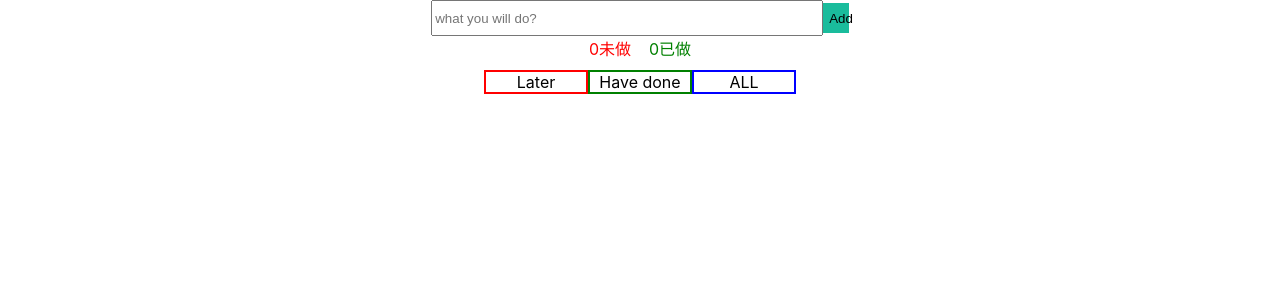
Repository: yurensmile/todolist
Page: /
An editor plug-in stored every save of this project. The page is shown before and after the next save, followed by the edit.
The browser window is 1280 px wide. The pictures show the whole page.
The project was rebuilt for these pictures with package versions that can differ from the ones it lists, and the page was loaded fresh each time. Also part of the build but not shown: src/All.js, src/HaveDone.js.

Above is the page before, as saved 2019-03-20 17:04:15.

### src/App.js
import React, { Component } from 'react';
import Todos from './Todos'
import './App.css';

class App extends Component {

  constructor() {
    super();
    this.state={
      inputValue: '',
      laters: [],
      havedones: [],
      checked: false,
      id: 1
    };
    this.updateHavedone = this.updateHavedone.bind(this);
    this.updateLaters = this.updateLaters.bind(this);
  }

  handleOnClick() {
    this.setState(state =>{
      const laters = state.laters.concat(state.inputValue);

      return {
        laters,
        inputValue: ""
      }
    })
    console.log(this.state.all);
  }
  updateInputValue(e) {
    this.setState({
      inputValue: e.target.value
    })
  }

// 点击了三栏内容
  contentOnclick(e) {
    let choice = e.target.innerHTML;
    this.setState((preState)=>{
      switch(choice){
        case "Later": return {id: 1};
        case "Have done": return {id: 2};
        case "ALL": return {id: 3};
        default: return {id:1};
      }
    })
  }

 // 如果todo中的某个被点击，则在todo中删除，并添加到havedone中
  updateHavedone(index, item){
    this.setState(state => {
      let n = state.laters.indexOf(item);
      let tem = state.laters.slice();
      tem.splice(n, 1);
      let havedones = state.havedones.concat(item);
      return ({
        havedones,
        laters: tem
      })
    })
  }

// 如果havedone中的某个被点击，则在havedone中删除，并添加到later中
  updateLaters(index, item){
    console.log("this is updatelaters");
    this.setState(state => {
      let n = state.havedones.indexOf(item);
      let tem = state.havedones.slice();
      tem.splice(n, 1);
      let laters = state.laters.concat(item);
      return({
        laters,
        havedones: tem
      })
    })
  }

  render() {
    return (
      <div className="App">
        <input type="text" placeholder="what you will do?" name="todo" value={this.state.inputValue} onChange={this.updateInputValue.bind(this)}/>
        <button onClick={this.handleOnClick.bind(this)}>Add</button><br/>
        <span style={{color: "red"}}>{this.state.laters.length}未做&nbsp;&nbsp;&nbsp;&nbsp;</span>
        <span style={{color: "green"}}>{this.state.havedones.length}已做</span>
        <div id="content" onClick={this.contentOnclick.bind(this)}>
          <div className="choice later">Later</div>
          <div className="choice havedone" >Have done</div>
          <div className="choice all">ALL</div>
        </div>
        {/* 列表内容 */}
        <Todos
          id={this.state.id}
          laters={this.state.laters}
          havedones={this.state.havedones}
          all={this.state.all}
          updateHavedones={this.updateHavedone}
          updateLaters={this.updateLaters}
        />
      </div>
    );
  }
}

export default App;

### src/Todos.js
import React, { Component } from 'react';
import All from './All'
import HaveDone from './HaveDone'
import Later from './Later'

class Todos extends Component{

  render(){
    return(
      <div>
        {
          (()=>{
            switch(this.props.id){
              case 1: return <Later laters={this.props.laters}
                                  updateHavedones={this.props.updateHavedones}
                                  />;
              case 2: return <HaveDone havedones={this.props.havedones}
                                  updateLaters={this.props.updateLaters}
                                  />;
              case 3: return <All laters={this.props.laters} havedones={this.props.havedones}/>
              default: console.log("sofunny");
            }

          })()}
      </div>
    )
  }
}
export default Todos;

### src/App.css
.App {
  text-align: center;
}

input[type="checkbox"]{
  visibility: hidden;
}

ul{
  list-style-type: none;
}
li{
  display: inline-block;
  width: 100px;
  height: 40px;
  line-height: 30px;
  height: 30px;
  margin-bottom: 4px;
}
.choice{
  margin-top: 10px;
  display: inline-block;
  width: 100px;
  text-align: center;
  border:2px solid rgb(197, 193, 193);
}
.later{
  border-color: red;
}
.havedone{
  border-color: green;
}
.all{
  border-color: blue;
}

.toggle{
  display: inline-block;
}
.App-link {
  color: #61dafb;
}
input[type="text" ]{
  width: 30%;
  height: 30px;
  border:
}

button{
  background-color: rgba(26, 188, 156,1.0);
  border: 0px;
  width: 2%;
  height: 30px;
}

### src/Later.js
import React, { Component } from 'react';

class Later extends Component{
  constructor(props){
    super(props);
    this.state = {
      checked: false,
    };
  }

  // 点击了todo 列表的内容
  handleTodoOnclick(checked, index, item, e){
    // if e.target is not text
        // let box = e.target.previousSibling;
        this.setState((preState)=>{
          return {checked: !preState.checked}
        });
        if(checked){
          // thing to later
          // box.checked = false;
        }else{
          // thing to have done
          // box.checked = true;
  //如果later中的某个被点击，则在later中删除，并添加到havedone中
          this.props.updateHavedones(index, item);
        }
      }
  render(){
    return (
      <ul>
        {this.props.laters.map((item, index)=>{
          return (
            <div onClick={
              this.handleTodoOnclick.bind(this, this.state.checked, index, item)
              }>
              <input className="toggle" type="checkbox"/>
              <li style={{color: "red"}} key={index}>{item}</li>
            </div>
          )
        })}
      </ul>
    )
  }
}

export default Later;

Loaded but not shown: public/index.html (common file); src/index.js (common file); src/index.css (common file); src/serviceWorker.js (common file)

After the next save:
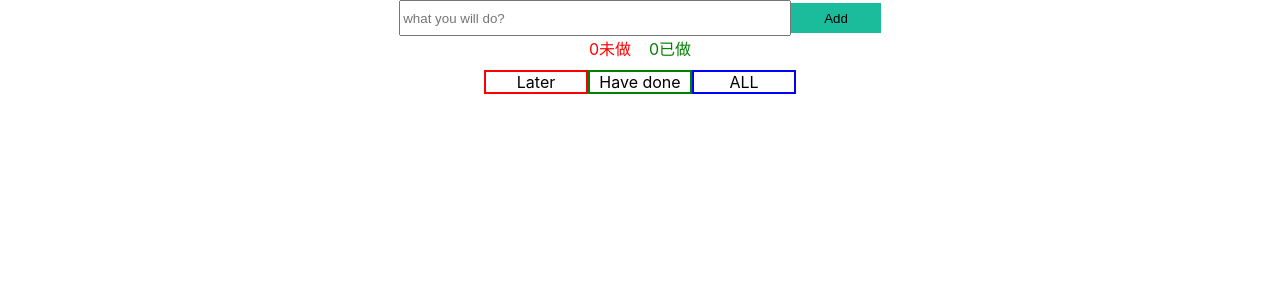
Saved 5 s later.
--- a/src/App.css
+++ b/src/App.css
@@ -49,6 +49,6 @@ input[type="text" ]{
 button{
   background-color: rgba(26, 188, 156,1.0);
   border: 0px;
-  width: 2%;
+  width: 7%;
   height: 30px;
 }
